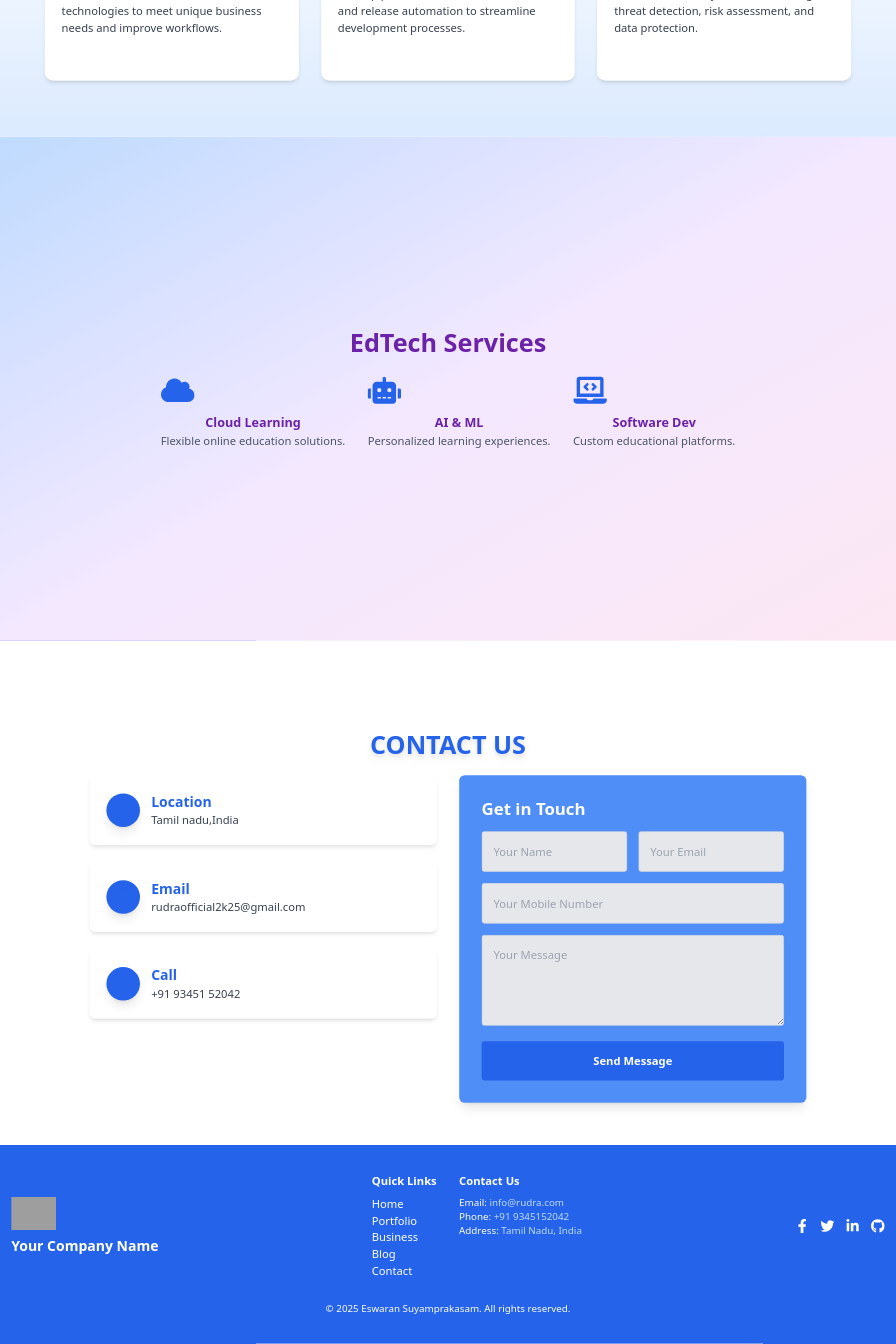
Repository: Rudra-Eswaran/Rudra_Official
Page: /
The author's editor kept a copy of each file at every save. The page is drawn from the files as they stood at one save, then again after the next save.
The browser window is 1280 px wide. The pictures show the part of the page from y = 3568 to 5488 px (the page is 5488 px tall), at 70% of full size.
Pictures or frames that could not be fetched are drawn as grey boxes. Some web libraries are served in a nearby version. The project was rebuilt for these pictures with package versions that can differ from the ones it lists, and the page was loaded fresh each time. Also part of the build but not shown: vite.config.js, src/components/Success.jsx, src/components/Failure.jsx.

Above is the page before, as saved 2025-05-20 11:41:28.

### index.html
<!doctype html>
<html lang="en">
  <head>
    <meta charset="UTF-8" />
    <link rel="icon" type="image/svg+xml" href="/vite.svg" />
    <meta name="viewport" content="width=device-width, initial-scale=1.0" />
    <title>Rudra Loading</title>
    <!-- Tailwind CSS CDN -->
<script src="https://cdn.tailwindcss.com"></script>

  </head>
  <body>
    <div id="root"></div>
    <script type="module" src="/src/main.jsx"></script>
  </body>
</html>

### src/App.jsx
import Navbar from "./components/Navbar";
import Footer from "./pages/Footer";
import Contact from "./pages/Contactus";
import Certify from "./pages/Certify";
import Rudrans from "./pages/Rudrans";
import Home from "./pages/Home";
import Products from "./pages/Products";
import Services from "./pages/Services";
import Edtech from "./pages/Edtech";




export default function App() {
  return (
    <>
      <Navbar />

      {/* Add a top margin to push content below the navbar */}
      <div className="mt-[80px]"> {/* Adjust this value based on your navbar height */}

        <Home/>
        <Certify/>
        <Rudrans />
        <Products/>
        <Services/>
        <Edtech/>
        <Contact />
      </div>

      {/* Footer will be at the bottom */}
      <Footer />
    </>
  );
}

### src/components/Navbar.jsx
import { useState } from "react";
import { Link } from "react-router-dom";
import { FiMenu, FiX } from "react-icons/fi";

const Navbar = () => {
  const [isMobileMenuOpen, setIsMobileMenuOpen] = useState(false);
  const [hovering, setHovering] = useState(false);

  const toggleMenu = () => setIsMobileMenuOpen(!isMobileMenuOpen);

  const menuItems = [
    { name: "Home", path: "/" },
    { name: "About", path: "/about" },
    { name: "Team", path: "/team" },
    { name: "Services", path: "/services" },
    { name: "Projects", path: "/projects" },
    { name: "Certifications", path: "/certifications" },
    { name: "Contact", path: "/contact" },
  ];

  return (
    <nav
      className={`fixed w-full top-0 left-0 z-50 mt-4 px-6 rounded-lg bg-white transition-shadow duration-300 ${
        hovering
          ? "shadow-lg"
          : "shadow-md"
      }`}
      onMouseEnter={() => setHovering(true)}
      onMouseLeave={() => setHovering(false)}
    >
      <div className="max-w-7xl mx-auto flex justify-between items-center h-14">
        {/* Logo */}
        <div className="text-xl font-bold text-black hover:text-blue-600 transition-colors">
          <Link to="/">Eswaran</Link>
        </div>

        {/* Desktop Menu */}
        <ul className="hidden md:flex space-x-12 font-medium text-black text-base">
          {menuItems.map(({ name, path }) => (
            <li key={name}>
              <Link
                to={path}
                className="hover:text-blue-600 transition-colors duration-300"
              >
                {name}
              </Link>
            </li>
          ))}
        </ul>

        {/* Mobile Menu Button */}
        <button
          onClick={toggleMenu}
          className="md:hidden focus:outline-none text-black hover:text-blue-600 transition-colors duration-300"
          aria-label="Toggle mobile menu"
        >
          {isMobileMenuOpen ? <FiX size={28} /> : <FiMenu size={28} />}
        </button>
      </div>

      {/* Mobile Menu */}
      {isMobileMenuOpen && (
        <div className="md:hidden bg-white shadow rounded-b-lg px-6">
          <ul className="flex flex-col space-y-6 py-6 text-center font-medium text-lg text-black">
            {menuItems.map(({ name, path }) => (
              <li key={name}>
                <Link
                  to={path}
                  onClick={toggleMenu}
                  className="block hover:text-blue-600 transition-colors duration-300"
                >
                  {name}
                </Link>
              </li>
            ))}
          </ul>
        </div>
      )}
    </nav>
  );
};

export default Navbar;

### src/pages/Footer.jsx
import React from "react";
import { Link } from "react-router-dom";
import { FaFacebookF, FaTwitter, FaLinkedinIn, FaGithub } from "react-icons/fa"; // Social Media Icons

const Footer = () => {
  return (
    <footer className="bg-blue-600 text-white py-10">
      <div className="container mx-auto px-4">
        <div className="flex flex-col md:flex-row justify-between items-center">
          {/* Logo */}
          <div className="text-center md:text-left mb-6 md:mb-0">
            <img src="path_to_your_logo.gif" alt="Logo" className="h-12 w-auto" />
            <p className="text-xl font-semibold mt-2">Your Company Name</p>
          </div>

          {/* Links */}
          <div className="flex flex-col md:flex-row space-y-4 md:space-y-0 md:space-x-8 text-center md:text-left">
            <div>
              <h4 className="font-bold mb-2">Quick Links</h4>
              <ul>
                <li>
                  <Link to="/" className="hover:text-blue-200">Home</Link>
                </li>
                <li>
                  <Link to="/portfolio" className="hover:text-blue-200">Portfolio</Link>
                </li>
                <li>
                  <Link to="/business" className="hover:text-blue-200">Business</Link>
                </li>
                <li>
                  <Link to="/blog" className="hover:text-blue-200">Blog</Link>
                </li>
                <li>
                  <Link to="/contact" className="hover:text-blue-200">Contact</Link>
                </li>
              </ul>
            </div>

            {/* Contact */}
            <div>
              <h4 className="font-bold mb-2">Contact Us</h4>
              <ul>
                <li>
                  <p className="text-sm">Email: <span className="text-blue-200">info@rudra.com</span></p>
                </li>
                <li>
                  <p className="text-sm">Phone: <span className="text-blue-200">+91 9345152042</span></p>
                </li>
                <li>
                  <p className="text-sm">Address: <span className="text-blue-200">Tamil Nadu, India</span></p>
                </li>
              </ul>
            </div>
          </div>

          {/* Social Media Icons */}
          <div className="mt-6 md:mt-0 flex space-x-4 justify-center">
            <a href="https://facebook.com" target="_blank" rel="noopener noreferrer" className="text-white hover:text-blue-200">
              <FaFacebookF size={20} />
            </a>
            <a href="https://twitter.com" target="_blank" rel="noopener noreferrer" className="text-white hover:text-blue-200">
              <FaTwitter size={20} />
            </a>
            <a href="https://linkedin.com" target="_blank" rel="noopener noreferrer" className="text-white hover:text-blue-200">
              <FaLinkedinIn size={20} />
            </a>
            <a href="https://github.com" target="_blank" rel="noopener noreferrer" className="text-white hover:text-blue-200">
              <FaGithub size={20} />
            </a>
          </div>
        </div>

        {/* Bottom Section */}
        <div className="text-center mt-8">
          <p className="text-sm">&copy; {new Date().getFullYear()} Eswaran Suyamprakasam. All rights reserved.</p>
        </div>
      </div>
    </footer>
  );
};

export default Footer;

### src/pages/Rudrans.jsx
import React, { useState } from 'react';
import teamData from '../teamData.json'; // adjust the path if needed

const Rudrans = () => {
  const [currentIndex, setCurrentIndex] = useState(0);

  const nextSlide = () => {
    setCurrentIndex((prevIndex) => (prevIndex + 1) % teamData.length);
  };

  const prevSlide = () => {
    setCurrentIndex((prevIndex) =>
      prevIndex === 0 ? teamData.length - 1 : prevIndex - 1
    );
  };

  return (
    <div className="relative w-full h-screen bg-gray-200 overflow-hidden">
      <div className="flex justify-center items-center w-full h-full">
        <div className="flex flex-col items-center justify-center bg-white rounded-lg shadow-lg p-8 w-full h-full">
          <img
            src={teamData[currentIndex].photo}
            alt={teamData[currentIndex].name}
            className="w-40 h-40 rounded-full mb-4 object-cover"
          />
          <h2 className="text-3xl font-bold">{teamData[currentIndex].name}</h2>
          <p className="text-xl text-gray-600">{teamData[currentIndex].role}</p>
          <p className="mt-4 text-center text-gray-800">{teamData[currentIndex].bio}</p>
          <div className="mt-4 flex space-x-4">
            <a
              href={teamData[currentIndex].linkedin}
              target="_blank"
              rel="noopener noreferrer"
              className="text-blue-600 hover:underline"
            >
              LinkedIn
            </a>
            <a
              href={teamData[currentIndex].github}
              target="_blank"
              rel="noopener noreferrer"
              className="text-blue-600 hover:underline"
            >
              GitHub
            </a>
          </div>
        </div>
      </div>

      <button
        onClick={prevSlide}
        className="absolute left-0 top-1/2 transform -translate-y-1/2 bg-gray-600 text-white p-4 rounded-full hover:bg-gray-700"
      >
        &#8592;
      </button>

      <button
        onClick={nextSlide}
        className="absolute right-0 top-1/2 transform -translate-y-1/2 bg-gray-600 text-white p-4 rounded-full hover:bg-gray-700"
      >
        &#8594;
      </button>
    </div>
  );
};

export default Rudrans;

### src/pages/Home.jsx
import React from "react";
import { Typewriter } from "react-simple-typewriter";
import { FaLinkedin, FaGithub, FaDownload } from "react-icons/fa";

const Home = () => {
  return (
    <div className="flex flex-col items-center justify-center min-h-screen bg-white px-6 py-12 text-center">
      <h1 className="text-5xl md:text-6xl font-bold text-black mb-8">
        Hey you, I’m{" "}
        <span className="text-[#3366CC] font-extrabold">
          <Typewriter
            words={["Eswaran"]}
            loop={0}
            cursor
            cursorStyle="_"
            typeSpeed={120}
            deleteSpeed={50}
            delaySpeed={2000}
          />
        </span>
      </h1>

      <div className="flex items-center justify-center gap-8">
        {/* Get CV - always show icon + text */}
        <a
          href="/assets/Eswaran%20S_Resume_IT.pdf"
          target="_blank"
          rel="noopener noreferrer"
          className="flex items-center gap-2 bg-[#3366CC] text-white px-4 py-2 rounded-lg font-extrabold hover:bg-[#254c99] transition"
        >
          <FaDownload size={20} />
          <span>Get CV</span>
        </a>

        {/* LinkedIn - icon always, text hidden on small */}
        <a
          href="https://linkedin.com/in/eswaran-s"
          target="_blank"
          rel="noopener noreferrer"
          className="flex items-center gap-2 text-[#0A66C2] font-medium hover:text-[#084a8b] transition"
        >
          <FaLinkedin size={24} />
          <span className="hidden md:inline">LinkedIn</span>
        </a>

        {/* GitHub - icon always, text hidden on small */}
        <a
          href="https://github.com/Eswaran-IT"
          target="_blank"
          rel="noopener noreferrer"
          className="flex items-center gap-2 text-black font-medium hover:text-gray-700 transition"
        >
          <FaGithub size={24} />
          <span className="hidden md:inline">GitHub</span>
        </a>
      </div>
    </div>
  );
};

export default Home;

### src/pages/Products.jsx
import React, { useEffect } from 'react';
import AOS from 'aos';
import 'aos/dist/aos.css';
import products from '../productData.json';

const Products = () => {
  useEffect(() => {
    AOS.init({ duration: 1000 });
  }, []);

  return (
    <div className="min-h-screen bg-gradient-to-br from-gray-100 to-blue-50 py-12 px-4 md:px-16">
      <h1 className="text-4xl font-extrabold text-center text-blue-900 mb-12">
        Our Software Products
      </h1>

      <div className="space-y-12">
        {products.map((product, index) => (
          <div
            key={index}
            data-aos="fade-up"
            className="flex flex-col md:flex-row items-center bg-white border border-gray-200 rounded-2xl shadow-lg overflow-hidden hover:shadow-2xl transition-all duration-500"
          >
            {/* Product Image */}
            <img
              src={product.image}
              alt={product.name}
              className="w-full md:w-1/3 h-64 object-cover"
            />

            {/* Product Details */}
            <div className="p-6 md:p-10 w-full md:w-2/3 text-center md:text-left">
              <h2 className="text-2xl font-bold text-gray-800">{product.name}</h2>
              <p className="text-gray-600 mt-3">{product.description}</p>

              {/* Live Demo Button */}
              <div className="mt-6 flex justify-center md:justify-start">
                <a
                  href={product.demo || '#'}
                  target="_blank"
                  rel="noopener noreferrer"
                  className="bg-blue-600 text-white px-6 py-2 rounded-full hover:bg-blue-700 transition-all duration-300"
                >
                  Live Demo
                </a>
              </div>
            </div>
          </div>
        ))}
      </div>
    </div>
  );
};

export default Products;

### src/pages/Services.jsx
import React, { useEffect } from "react";
import AOS from "aos";
import "aos/dist/aos.css";
import servicesData from "../servicesData";

const Services = () => {
  useEffect(() => {
    AOS.init({
      duration: 800,
      offset: 100,
      once: true,
      easing: "ease-in-out",
    });
  }, []);

  return (
    <section
      id="services"
      className="bg-gradient-to-b from-blue-50 via-white to-blue-100 py-20 px-4 min-h-screen"
    >
      <div className="max-w-6xl mx-auto text-center mb-12">
        <h2
          className="text-4xl font-bold text-blue-700 mb-4"
          data-aos="fade-down"
        >
          Our Services
        </h2>
        <p className="text-gray-600 max-w-2xl mx-auto" data-aos="fade-up">
          Explore the wide range of IT services we provide to empower your digital journey.
        </p>
      </div>

      <div className="grid grid-cols-1 sm:grid-cols-2 lg:grid-cols-3 gap-8 max-w-6xl mx-auto">
        {servicesData.map((service, index) => (
          <div
            key={service.id}
            data-aos="zoom-in"
            data-aos-delay={index * 100}
            className="bg-white rounded-xl shadow-md hover:shadow-lg transition-transform transform hover:-translate-y-1 p-6 min-h-[260px]"
          >
            <div className="text-5xl mb-4">{service.icon}</div>
            <h3 className="text-xl font-semibold text-blue-700 mb-2">
              {service.title}
            </h3>
            <p className="text-gray-700">{service.description}</p>
          </div>
        ))}
      </div>
    </section>
  );
};

export default Services;

### src/pages/Edtech.jsx
import React, { useEffect, useState } from "react";
import AOS from "aos";
import "aos/dist/aos.css"; // Import AOS CSS
import { FaCloud, FaRobot, FaLaptopCode } from "react-icons/fa"; // Icons for Cloud, AI/ML, and Software Development

const Edtech = () => {
  const [isLoading, setIsLoading] = useState(true);

  useEffect(() => {
    // Initialize AOS with settings
    AOS.init({
      duration: 1000, // Animation duration
      once: false, // Allows re-triggering every time the section enters the view
      offset: 150, // Adjust trigger point
    });

    // Simulate loading state for 2 seconds
    setTimeout(() => {
      setIsLoading(false);
    }, 2000);

    // Refresh AOS on mount or re-mount
    AOS.refresh();

    return () => {
      AOS.refresh(); // Cleanup
    };
  }, []);

  return (
    <section
      className="w-full h-screen flex flex-col items-center justify-center bg-gradient-to-br from-blue-200 via-purple-100 to-pink-100 relative"
    >
      {/* Loading State */}
      {isLoading ? (
        <div className="absolute flex flex-col items-center justify-center space-y-4">
          <div className="w-16 h-16 border-4 border-t-4 border-gray-400 border-t-blue-500 rounded-full animate-spin"></div>
          <p className="text-lg text-gray-800 font-semibold">Processing...</p>
        </div>
      ) : (
        <div
          className="text-center"
          data-aos="fade-up"
        >
          {/* Edtech Main Title */}
          <h1
            className="text-4xl font-semibold text-purple-800 mb-6"
            data-aos="fade-up"
            data-aos-delay="100"
          >
            EdTech Services
          </h1>

          {/* Edtech Services Icons and Short Descriptions */}
          <div className="flex space-x-8 justify-center">
            <div
              className="text-center"
              data-aos="fade-up"
              data-aos-delay="200"
            >
              <FaCloud className="text-5xl text-blue-600 mb-2" />
              <h3 className="text-lg font-semibold text-purple-800">Cloud Learning</h3>
              <p className="text-gray-600">Flexible online education solutions.</p>
            </div>

            <div
              className="text-center"
              data-aos="fade-up"
              data-aos-delay="300"
            >
              <FaRobot className="text-5xl text-blue-600 mb-2" />
              <h3 className="text-lg font-semibold text-purple-800">AI & ML</h3>
              <p className="text-gray-600">Personalized learning experiences.</p>
            </div>

            <div
              className="text-center"
              data-aos="fade-up"
              data-aos-delay="400"
            >
              <FaLaptopCode className="text-5xl text-blue-600 mb-2" />
              <h3 className="text-lg font-semibold text-purple-800">Software Dev</h3>
              <p className="text-gray-600">Custom educational platforms.</p>
            </div>
          </div>
        </div>
      )}
    </section>
  );
};

export default Edtech;

### src/Constants.jsx
// constants.js
export const CONTACT_INFO = {
    location: {
      title: "Location",
      text: "Tamil nadu,India",
      icon: "FiMapPin",
    },
    email: {
      title: "Email",
      text: "rudraofficial2k25@gmail.com",
      icon: "FiMail",
    },
    phone: {
      title: "Call",
      text: "+91 93451 52042",
      icon: "FiPhone",
    },
  };

  export const MODAL_MESSAGES = {
    success: {
      title: "Success!",
      message: "Your message has been sent. We'll get back to you soon.",
    },
    error: {
      title: "Error",
      message: "Something went wrong. Please try again later.",
    },
  };

  export const FORM_FIELDS = {
    name: "Your Name",
    email: "Your Email",
    phone: "Your Mobile Number",
    message: "Your Message",
  };

  export const BUTTON_LABELS = {
    send: "Send Message",
    sending: "Sending...",
  };

Loaded but not shown: src/main.jsx (common file); src/servicesData.json (38 lines, source omitted); src/teamData.json (26 lines, source omitted); src/productData.json (20 lines, source omitted); src/pages/Contactus.jsx (206 lines, source omitted); src/pages/Certify.jsx (146 lines, source omitted)

After the next save:
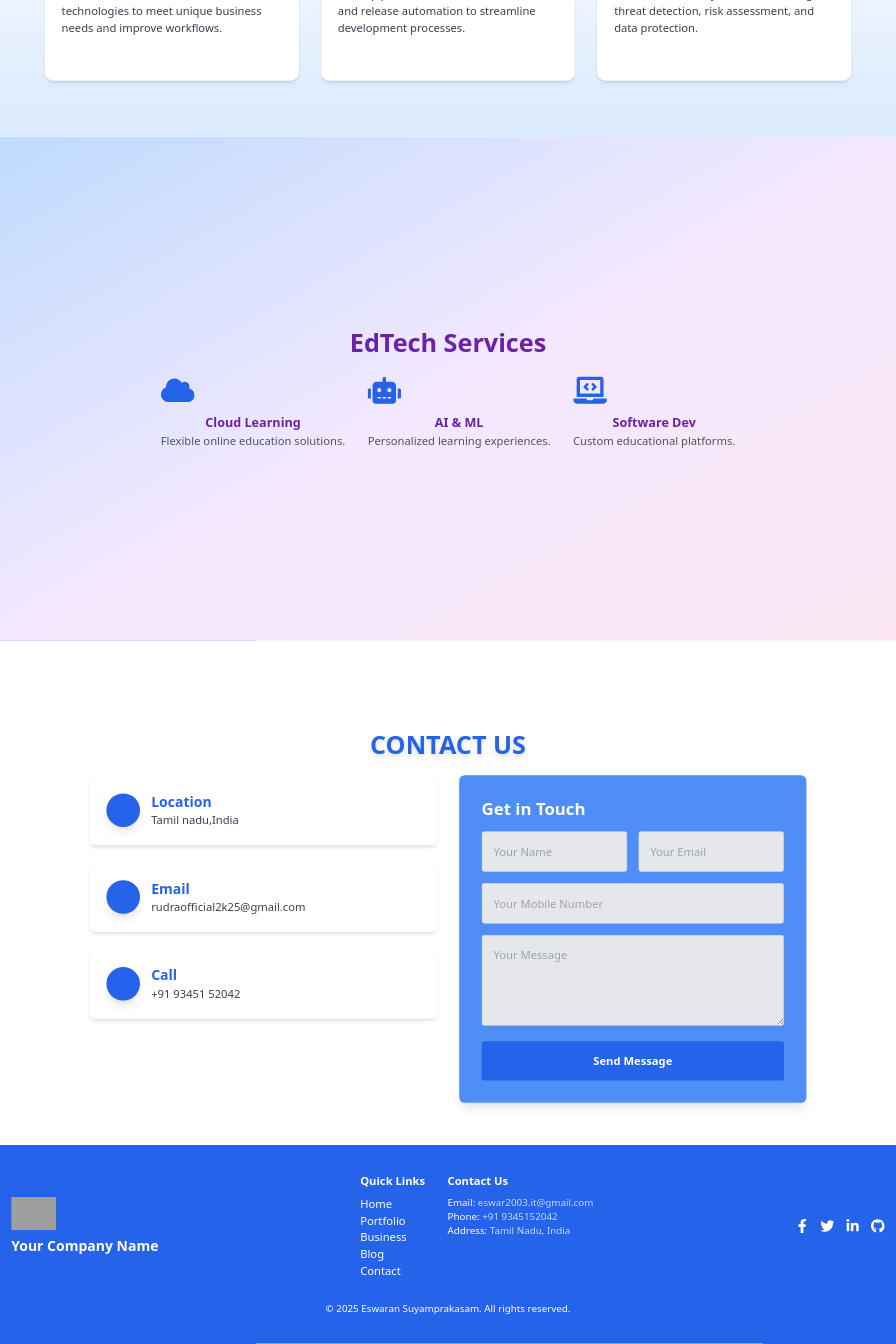
Saved 30 s later.
--- a/src/pages/Footer.jsx
+++ b/src/pages/Footer.jsx
@@ -41,7 +41,7 @@
               <h4 className="font-bold mb-2">Contact Us</h4>
               <ul>
                 <li>
-                  <p className="text-sm">Email: <span className="text-blue-200">info@rudra.com</span></p>
+                  <p className="text-sm">Email: <span className="text-blue-200">eswar2003.it@gmail.com</span></p>
                 </li>
                 <li>
                   <p className="text-sm">Phone: <span className="text-blue-200">+91 9345152042</span></p>
